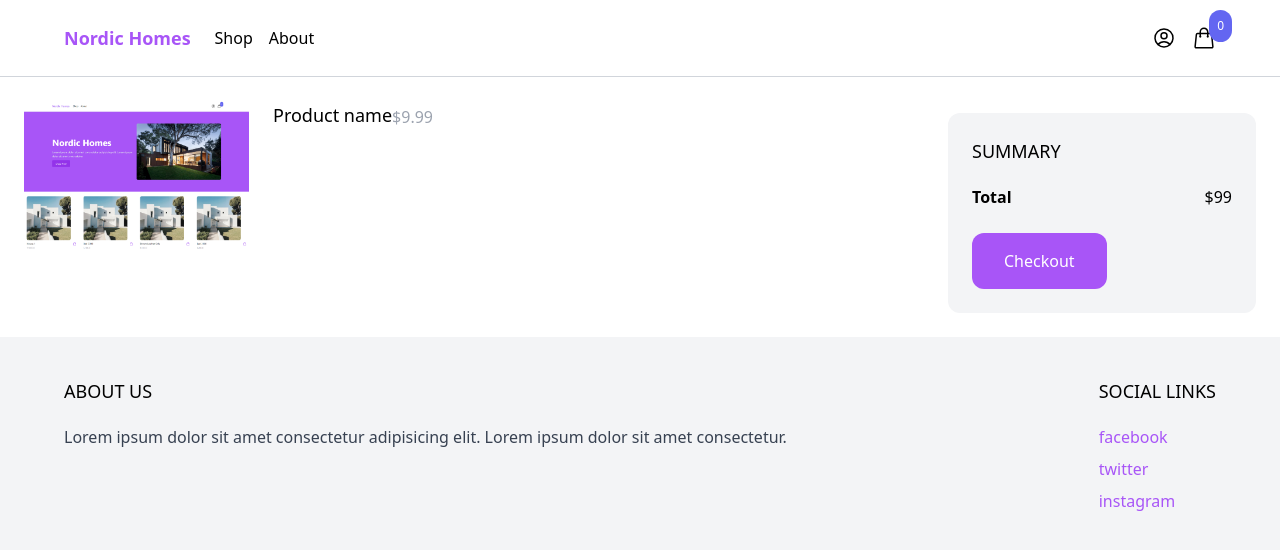
Repository: Calin224/NordicHomes
Page: cart/templates/cart/cart.html
These files come from the project's save history. The page is drawn as it stood at one moment and after the next save; the edit follows.
The browser window is 1280 px wide. The pictures show the whole page.
Some web libraries are served in a nearby version. The template is drawn by Django 4.2. The application's start-up code is not run. The template is opened directly, without the code that normally fills it, so the values that code supplies are empty.

Above is the page before, as saved 2023-02-16 20:39:54.

After the next save:
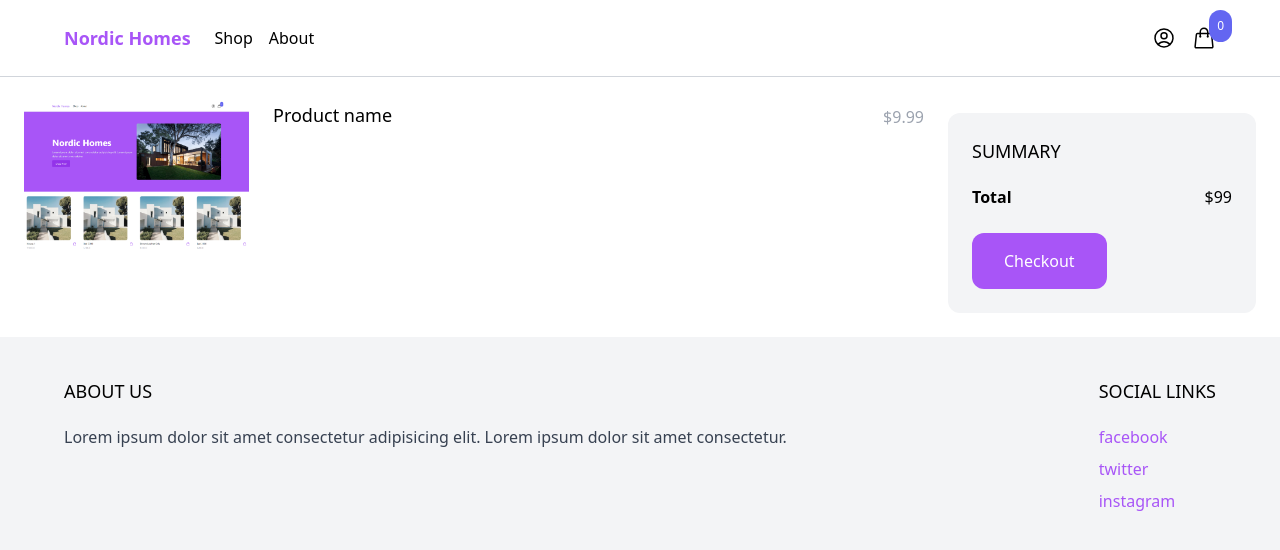
Saved 10 s later.
--- a/cart/templates/cart/cart.html
+++ b/cart/templates/cart/cart.html
@@ -10,7 +10,7 @@
             </a>
 
             <div class="w-3/4 pl-6">
-                <div class="flex jusify-between">
+                <div class="flex justify-between">
                     <a href="#" class="text-lg">Product name</a>
                     <span class="mb-6 pt-1 text-gray-400">$9.99</span>
                 </div>
